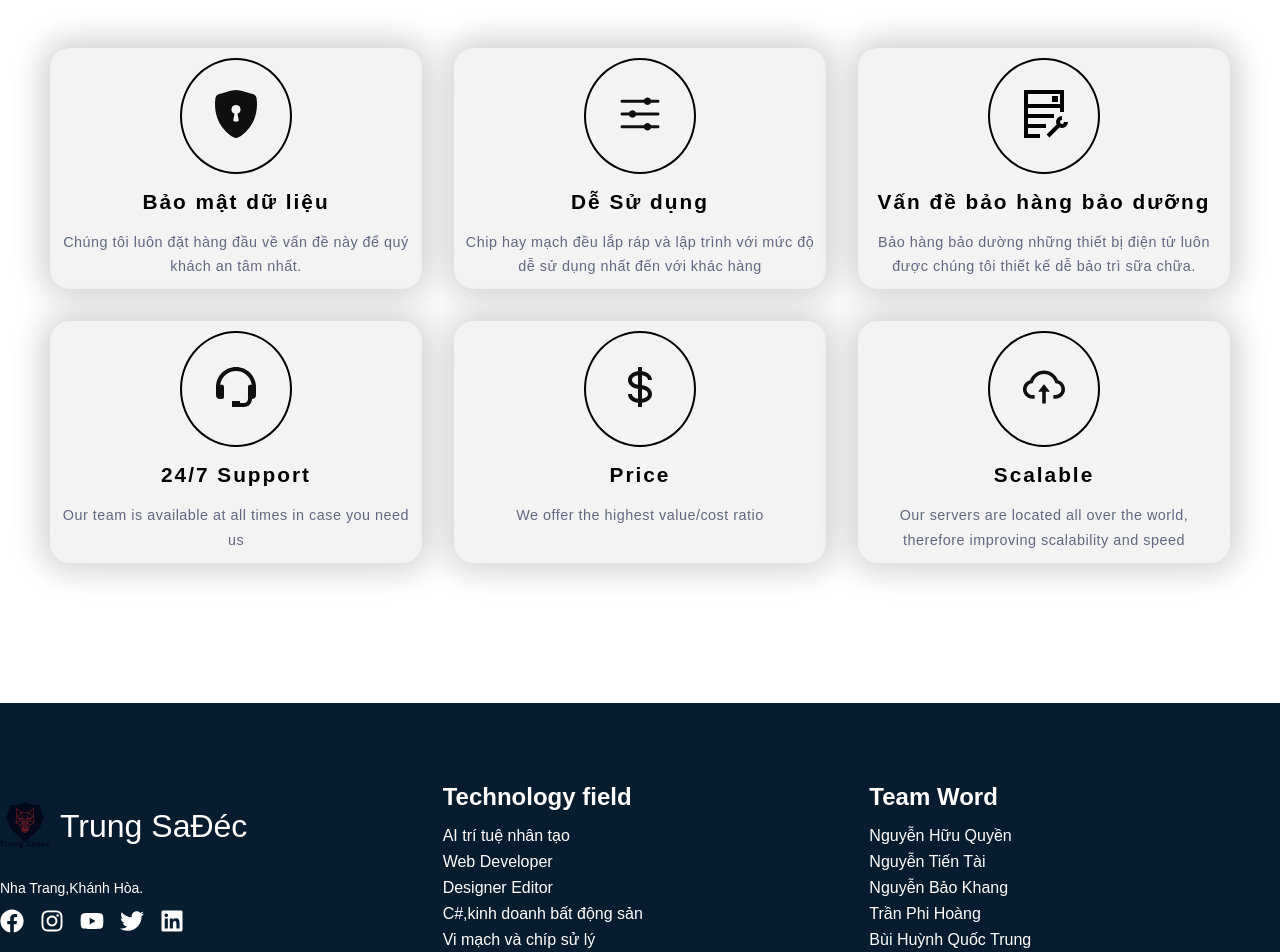
Repository: fdhhhdjd/Profile-Gift-B_H_Q_Trung
Page: /
These files come from the project's save history. The page is drawn as it stood at one moment and after the next save; the edit follows.
The browser window is 1280 px wide. The pictures show the part of the page from y = 949 to 1901 px (the page is 2018 px tall).
The project was rebuilt for these pictures with package versions that can differ from the ones it lists, and the page was loaded fresh each time. Also part of the build but not shown: src/App.css, src/Styles/PricingStyles.js, src/Data/PricingData.js, src/Pages/PricingPage.js. Imported but missing from the stored project, and not drawn on this page: src/Pages/SignUpPage.

Above is the page before, as saved 2021-10-29 09:08:48.

### src/App.js
import logo from "./logo.svg";
import "./App.css";
import { BrowserRouter as Router, Switch, Route } from "react-router-dom";
import {
  Home,
  Navbar,
  GlobalStyles,
  PricingPage,
  Footer,
} from "./Imports/Index";
function App() {
  return (
    <>
      <Router>
        <GlobalStyles />
        <Navbar />
        <Switch>
          <Route path="/" exact component={Home} />
          <Route path="/pricing" exact component={PricingPage} />
        </Switch>
        <Footer />
      </Router>
    </>
  );
}

export default App;

### src/Imports/Index.js
export { default as Home } from "../Pages/Home";
export { default as PricingPage } from "../Pages/PricingPage";
export { default as SignUpPage } from "../Pages/SignUpPage";
export { default as Navbar } from "../Components/Navbar";
export { default as GlobalStyles } from "../Styles/GlobalStyles";
export { default as Hero } from "../Components/Hero";
export { default as Footer } from "../Pages/Footer";

### src/Pages/Home.js
import React from "react";
import { Hero } from "../Imports/Index";
import FeaturesData from "../Components/FeaturesData";
const Home = () => {
  return (
    <>
      <Hero />
      <FeaturesData />
    </>
  );
};

export default Home;

### src/Components/Navbar.js
import React, { useState } from "react";
import { data } from "../Data/NavbarData";
import { FaRProject, FaTimes } from "react-icons/fa";
import { CgMenuRight } from "react-icons/cg";
import { IconContext } from "react-icons";
import { useLocation, useHistory } from "react-router-dom";
import {
  Nav,
  NavbarContainer,
  NavIcon,
  NavLogo,
  MobileIcon,
  NavMenu,
  NavItem,
  NavLinks,
} from "../Styles/NavbarStyles";
const Navbar = () => {
  const [show, setShow] = useState(false);
  let history = useHistory();
  let location = useLocation();
  const handleClick = () => {
    setShow(!show);
  };
  const scrollTo = (id) => {
    const element = document.getElementById(id);

    element.scrollIntoView({
      behavior: "smooth",
    });
  };
  const closeMobileMenu = (to, id) => {
    if (id && location.pathname === "/") {
      scrollTo(id);
    }

    history.push(to);
    setShow(false);
  };

  return (
    <>
      <IconContext.Provider value={{ color: "#fff" }}>
        <Nav>
          <NavbarContainer>
            <NavLogo to="/">
              <NavIcon src="./assets/logo2.png" alt="logo" />
              Trung&nbsp;SaĐéc
            </NavLogo>
            <MobileIcon onClick={handleClick}>
              {show ? <FaTimes /> : <CgMenuRight />}
            </MobileIcon>
            <NavMenu show={show}>
              {data.map((el, index) => (
                <NavItem key={index}>
                  <NavLinks onClick={() => closeMobileMenu(el.to, el.id)}>
                    {el.title}
                  </NavLinks>
                </NavItem>
              ))}
            </NavMenu>
          </NavbarContainer>
        </Nav>
      </IconContext.Provider>
    </>
  );
};

export default Navbar;

### src/Components/Hero.js
import React, { useEffect, useRef } from "react";
import { Button, Container, MainHeading } from "../Styles/GlobalStyles";
import {
  HeroVideo,
  HeroSection,
  HeroText,
  ButtonWrapper,
  HeroButton,
  CardB,
  ContactHero,
} from "../Styles/HeroStyles";
import { Typewriter } from "react-simple-typewriter";
import { Link } from "react-router-dom";
const Hero = () => {
  return (
    <>
      <HeroSection>
        <HeroVideo src="./assets/hero.mp4" autoPlay loop />
        <Container>
          <MainHeading>
            Hi,
            <CardB>
              <Typewriter
                loop
                cursor
                cursorStyle={"_"}
                pauseFor={1000}
                delaySpeed={3000}
                color="red"
                deleteSpeed={100}
                words={["I'm Bùi Huỳnh Quốc Trung "]}
              />
            </CardB>
          </MainHeading>
          <HeroText>
            Tôi,chuyên kiểm thử chip và làm vi mạch thiết bị điện tử tự động.
          </HeroText>
          <ButtonWrapper>
            <Link to="signup">
              <Button>Liên Hệ Ngay</Button>
            </Link>
            <a href="tel:0798805741">
              <HeroButton>Gọi Ngay</HeroButton>
            </a>
          </ButtonWrapper>
        </Container>
      </HeroSection>
    </>
  );
};

export default Hero;

### src/Pages/Footer.js
import React from "react";
import {
  FooterLinkItems,
  FooterLinkTitle,
  FooterLink,
  FooterLogo,
  SocialIcon,
  FooterRights,
  FooterSocialIcon,
  FooterWrapper,
  FooterAddress,
  FooterColumn,
  FooterGrid,
} from "../Styles/FooterStyles";
import { footerData, footerSocialData } from "../Data/FooterData";
import { Row, Section } from "../Styles/GlobalStyles";

function Footer() {
  return (
    <Section padding="4rem 0 2rem 0">
      <FooterWrapper>
        <FooterGrid justify="space-between">
          <FooterColumn id="footerLogo">
            <FooterLogo to="/">
              <SocialIcon src="./assets/logo1.png" />
              Trung SaĐéc
            </FooterLogo>
            <FooterAddress>Nha Trang,Khánh Hòa.</FooterAddress>

            <Row align="center" margin="auto  0 0 0" gap="1rem">
              {footerSocialData.map((social, index) => (
                <FooterSocialIcon
                  key={index}
                  href={social.href}
                  target="_blank"
                  aria-label={social.name}
                >
                  {social.icon}
                </FooterSocialIcon>
              ))}
            </Row>
          </FooterColumn>
          {footerData.map((footerItem, index) => (
            <FooterLinkItems key={index}>
              <FooterLinkTitle>{footerItem.title}</FooterLinkTitle>
              {footerItem.links.map((link, linkIndex) => (
                <FooterLink key={linkIndex} href={link.href} target="_blank">
                  {link.name}
                </FooterLink>
              ))}
            </FooterLinkItems>
          ))}
        </FooterGrid>
        <FooterRights>
          Build React Website by Tai Heo Dev Web © 2021
        </FooterRights>
      </FooterWrapper>
    </Section>
  );
}

export default Footer;

### src/Components/FeaturesData.js
import React from "react";
import { Section, Container } from "../Styles/GlobalStyles";
import {
  FeatureText,
  FeatureTitle,
  FeatureWrapper,
  FeatureColumn,
  FeatureImageWrapper,
  FeatureName,
  FeatureTextWrapper,
} from "../Styles/FeaturesStyles";
import { featuresData } from "../Data/FeaturesData";
const FeaturesData = () => {
  const initial = {
    y: 40,
    opacity: 0,
  };
  const animate = {
    y: 0,
    opacity: 1,
  };

  return (
    <>
      <Section smPadding="50px 10px" position="relative" inverse id="about">
        <Container>
          <FeatureTextWrapper>
            <FeatureTitle>What We Offer</FeatureTitle>
          </FeatureTextWrapper>
          <FeatureWrapper>
            {featuresData.map((el, index) => (
              <>
                <FeatureColumn
                  initial={initial}
                  animate={animate}
                  transition={{ duration: 0.5 + index * 0.1 }}
                  key={index}
                >
                  <FeatureImageWrapper className={el.imgClass}>
                    {el.icon}
                  </FeatureImageWrapper>
                  <FeatureName>{el.name}</FeatureName>
                  <FeatureText>{el.description}</FeatureText>
                </FeatureColumn>
              </>
            ))}
          </FeatureWrapper>
        </Container>
      </Section>
    </>
  );
};

export default FeaturesData;

### src/Data/NavbarData.js
export const data = [
  {
    to: "/",
    title: "About",
    id: "about",
  },
  {
    to: "/signup",
    title: "Contact",
  },
  {
    to: "/pricing",
    title: "Pricing",
  },
];

### src/Styles/NavbarStyles.js
import styled from "styled-components";
import { Container } from "../Styles/GlobalStyles";
import { Link } from "react-router-dom";
export const Nav = styled.nav`
  background: transparent;
  margin-bottom: -80px;
  height: 80px;
  display: flex;
  justify-content: center;
  align-items: center;
  font-size: 1.2rem;
  position: absolute;
  top: 0;
  z-index: 50;
  width: 100%;

  transition: background-color 0.3s ease-in;
`;

export const NavbarContainer = styled(Container)`
  display: flex;
  justify-content: start;
  height: 80px;

  ${Container}
`;

export const NavLogo = styled(Link)`
  color: #fff;
  justify-self: flex-start;
  cursor: pointer;
  text-decoration: none;
  font-size: 2rem;
  display: flex;
  align-items: center;
  z-index: 50;
`;

export const NavIcon = styled.img`
  margin-right: 0, 5rem;
  width: 5rem;
`;

export const MobileIcon = styled.div`
  display: none;
  z-index: 50;

  @media screen and (max-width: 960px) {
    display: block;
    position: absolute;
    top: 0;
    right: 0;
    transform: translate(-100%, 60%);
    font-size: 1.8rem;
    cursor: pointer;
  }
`;

export const NavMenu = styled.ul`
  display: flex;
  align-items: center;
  list-style: none;
  text-align: center;
  width: 100%;

  @media screen and (max-width: 960px) {
    flex-direction: column;
    width: 100%;
    height: 100vh;
    position: fixed;
    padding-top: 30%;
    top: 0;
    left: 0;
    opacity: ${({ show }) => (show ? 1 : 0)};
    visibility: ${({ show }) => (show ? "visible" : "hidden")};
    transform: translateY(${({ show }) => (show ? "0" : "-10px")});
    transition: opacity 0.5s ease;
    background-color: #071c2f;
  }

  > li:first-child {
    margin-left: auto;
  }
`;

export const NavItem = styled.li`
  height: 80px;
  cursor: pointer;

  @media screen and (max-width: 960px) {
    width: 100%;

    &:hover {
      border: none;
    }
  }
`;

export const NavLinks = styled.span`
  color: #fff;
  display: flex;
  align-items: center;
  text-decoration: none;
  padding: 0.5rem 1rem;
  height: 100%;

  &:hover {
    color: #c8c9d8;
    transition: all 0.3s ease;
  }

  @media screen and (max-width: 960px) {
    text-align: center;
    padding: 2rem;
    width: 100%;
    display: table;

    &:hover {
      color: #4b59f7;
      transition: all 0.3s ease;
    }
  }
`;

export const NavBtnLink = styled(Link)`
  display: flex;
  justify-content: center;
  align-items: center;
  text-decoration: none;
  padding: 8px 16px;
  height: 100%;
  width: 100%;
  border: none;
  outline: none;
`;

### src/Styles/HeroStyles.js
import styled from "styled-components";
import { Button } from "../Styles/GlobalStyles";

export const HeroSection = styled.section`
  height: 100vh;
  background-position: center;
  background-size: cover;
  padding-top: clamp(70px, 25vh, 220px);
  box-shadow: inset 0 0 0 1000px rgba (0, 0, 0, 0.2);
`;

export const HeroVideo = styled.video`
  object-fit: cover;
  width: 100%;
  height: 100%;
  background: linear-gradient(to right, rgba(0, 0, 0, 0.7), rgba(0, 0, 0, 0.1));
  top: 0;
  position: absolute;
  z-index: -1;
`;

export const HeroText = styled.p`
  margin-bottom: 35px;
  font-size: clamp(0.9rem, 1.5vw, 1.3rem);
  line-height: 24px;
  text-align: center;
  letter-spacing: 2px;
  color: #fff;
`;

export const ButtonWrapper = styled.div`
  width: 100%;
  display: flex;
  justify-content: center;
  flex-flow: wrap;
  gap: 0.5rem;
`;

export const HeroButton = styled(Button)`
  color: black;

  &:before {
    background: #fff;
    height: 500%;
  }

  &:hover:before {
    height: 0%;
  }

  &:hover {
    color: white;
  }
`;
export const CardB = styled.b`
  color: blue;
`;
export const ContactHero = styled.b`
  width: 15px;
  height: 15px;
`;

### src/Styles/FooterStyles.js
import styled from "styled-components";
import { Link } from "react-router-dom";
import { Column, Row } from "../Styles/GlobalStyles";

export const FooterContainer = styled.div`
  background-color: #101522;
  padding: 4rem 0 2rem 0;
`;

export const FooterWrapper = styled.div`
  max-width: 1280px;
  margin-left: auto;
  margin-right: auto;
`;

export const FooterSubscription = styled.section`
  display: flex;
  flex-direction: column;
  justify-content: center;
  align-items: center;
  text-align: center;
  margin-bottom: 24px;
  padding: 24px;
  color: #fff;
`;

export const FooterSubHeading = styled.p`
  font-family: "Trebuchet MS", "Lucida Sans Unicode", "Lucida Grande",
    "Lucida Sans", Arial, sans-serif;
  margin-bottom: 24px;
  font-size: 24px;
`;

export const FooterRow = styled(Row)`
  flex-wrap: wrap;
  @media screen and (max-width: 820px) {
    > div {
      width: 20%;
    }

    > div:first-child {
      width: 100%;
    }
  }

  @media screen and (max-width: 420px) {
    flex-direction: column;
    align-items: center;

    * {
      width: 100%;
      text-align: center;
    }
  }
`;

export const FooterGrid = styled.div`
  display: grid;
  grid-template-columns: repeat(auto-fit, minmax(200px, 1fr));
  justify-content: center;
  align-items: center;
`;

export const FooterColumn = styled(Column)`
  @media screen and (max-width: 999px) {
    align-items: center;
    grid-column: 1/-1;
  }
`;

export const FooterSubText = styled.p`
  margin-bottom: 24px;
  font-size: 20px;
`;

export const FooterLinksContainer = styled.div`
  width: 100%;
  max-width: 1000px;
  display: flex;
  justify-content: center;

  @media screen and (max-width: 820px) {
    padding-top: 32px;
  }
`;

export const FooterLinkItems = styled.div`
  display: flex;
  flex-direction: column;
  margin: 16px;
  text-align: left;
  box-sizing: border-box;
  color: #fff;

  @media screen and (max-width: 1000px) {
    align-items: center;
  }
`;

export const FooterLinkTitle = styled.h2`
  margin-bottom: 16px;
`;

export const FooterLink = styled.a`
  color: #fff;
  text-decoration: none;
  margin-bottom: 0.5rem;

  &:hover {
    color: #0467fb;
    transition: 0.3s ease-out;
  }
`;

export const FooterLogo = styled(Link)`
  color: #fff;
  justify-self: start;
  cursor: pointer;
  text-decoration: none;
  font-size: 2rem;
  display: flex;
  align-items: center;
  margin-bottom: 16px;
`;

export const SocialIcon = styled.img`
  margin-right: 10px;
  width: 50px;
`;

export const FooterRights = styled.div`
  color: #fff;
  margin-bottom: 16px;
  width: 100%;
  font-size: 0.8rem;
  text-align: center;
  border-top: 1px solid #2d3748;
  padding: 1rem 0;
  margin: 1rem 0 0;
`;

export const FooterSocialIcon = styled.a`
  color: #fff;
  font-size: 24px;
`;

export const FooterAddress = styled.div`
  color: white;
  margin: 0.4rem auto 0.4rem;
  max-width: 20rem;
  font-weight: 500;
  font-size: 0.875rem;
  line-height: 2;
  text-align: center;

  @media screen and (min-width: 1000px) {
    margin-left: 0px;
    text-align: left;
    margin-right: 1rem;
  }
`;

### src/Data/FooterData.js
import React from "react";
import {
  FaFacebook,
  FaInstagram,
  FaYoutube,
  FaTwitter,
  FaLinkedin,
} from "react-icons/fa";

const iconStyle = (Icon) => <Icon />;

export const footerSocialData = [
  {
    name: "Facebook",
    href: "https://www.facebook.com/profile.php?id=100009136510942",
    icon: iconStyle(FaFacebook),
  },
  {
    name: "Instagram",
    href: "https://www.instagram.com/quoc_trung14/",
    icon: iconStyle(FaInstagram),
  },
  {
    name: "Email",
    href: "mailto:buihuynhquoctrung@gmail.com",
    icon: iconStyle(FaYoutube),
  },
  {
    name: "Zalo",
    href: "tel:0348561815",
    icon: iconStyle(FaTwitter),
  },
  {
    name: "Phone",
    href: "tel:0348561815",
    icon: iconStyle(FaLinkedin),
  },
];

export const footerData = [
  {
    title: "Technology field",
    links: [
      {
        name: "AI trí tuệ nhân tạo",
        href: "https://www.facebook.com/jonhny.nguyen.184",
      },
      {
        name: "Web Developer",
        href: "https://profile-forme.surge.sh/",
      },
      {
        name: "Designer Editor",
        href: "https://khang-designer.surge.sh//",
      },
      {
        name: "C#,kinh doanh bất động sản",
        href: "http://hoangpc.surge.sh/",
      },
      {
        name: "Vi mạch và chíp sử lý",
        href: "https://www.facebook.com/profile.php?id=100009136510942",
      },
    ],
  },
  {
    title: "Team Word",
    links: [
      {
        name: "Nguyễn Hữu Quyền",
        href: "https://www.facebook.com/jonhny.nguyen.184",
        title: "AI trí tuệ nhân tạo",
      },
      {
        name: "Nguyễn Tiến Tài",
        href: "https://www.facebook.com/profile.php?id=100006139249437",
      },
      {
        name: "Nguyễn Bảo Khang",
        href: "https://www.facebook.com/khanhgiangg102",
      },
      {
        name: "Trần Phi Hoàng",
        href: "https://www.facebook.com/hoang.p.tran.12",
      },
      {
        name: "Bùi Huỳnh Quốc Trung",
        href: "https://www.facebook.com/profile.php?id=100009136510942",
      },
    ],
  },
];

### src/Styles/FeaturesStyles.js
import styled from "styled-components";

export const FeatureTitle = styled.h2`
  text-align: center;
  font-size: clamp(1.3rem, 13vw, 3.1rem);
  line-height: 1.06;
  letter-spacing: 0.4rem;
  margin: auto;
`;

export const FeatureTextWrapper = styled.div`
  position: relative;
  padding: 0 0 20px;
  margin-bottom: 4rem;
`;

export const FeatureWrapper = styled.div`
  display: grid;
  grid-template-columns: repeat(3, 1fr);
  margin-top: 4rem;
  grid-gap: 2rem;

  @media screen and (max-width: 1100px) {
    grid-template-columns: repeat(2, 1fr);
    grid-row-gap: 3rem;
  }

  @media screen and (max-width: 568px) {
    grid-template-columns: repeat(1, 1fr);
  }
`;

export const FeatureColumn = styled.div`
  display: flex;
  flex-flow: column;
  justify-content: center;
  align-items: center;
  background: #f3f3f3;
  padding: 10px;
  box-shadow: 0 0 32px 8px #d0d0d0;
  border-radius: 20px;
`;

export const FeatureImageWrapper = styled.div`
  margin-bottom: 1rem;
  border-radius: 50%;
  border: 2px solid #000;

  padding: 30px;
`;
export const FeatureName = styled.h3`
  font-weight: 600;
  font-size: 1.3rem;
  letter-spacing: 2px;

  @media screen and (max-width: 768px) {
    font-weight: 400;
    font-size: 1rem;
    letter-spacing: 1.3px;
  }
`;
export const FeatureText = styled.p`
  margin: 1rem 0 auto;
  text-align: center;
  font-size: 0.9rem;
  line-height: 1.73;
  letter-spacing: 0.5px;
  color: #626881;

  @media screen and (max-width: 768px) {
    display: none;
  }
`;

### src/Data/FeaturesData.js
import React from "react";

import { BsFillShieldLockFill } from "react-icons/bs";
import { IoIosOptions } from "react-icons/io";
import { AiOutlineCloudUpload } from "react-icons/ai";
import { BiSupport, BiDollar } from "react-icons/bi";
import { GrHostMaintenance } from "react-icons/gr";
const iconStyle = (Icon) => <Icon size="3rem" color="#0f0f0f" />;

export const featuresData = [
  {
    name: "Bảo mật dữ liệu",
    description:
      "Chúng tôi luôn đặt hàng đầu về vấn đề này để quý khách an tâm nhất.",
    icon: iconStyle(BsFillShieldLockFill),
    imgClass: "one",
  },
  {
    name: "Dễ Sử dụng",
    description:
      "Chip hay mạch đều lắp ráp và lập trình với mức độ dễ sử dụng nhất đến với khác hàng ",
    icon: iconStyle(IoIosOptions),
    imgClass: "two",
  },
  {
    name: "Vấn đề bảo hàng bảo dưỡng",
    description:
      "Bảo hàng bảo dường những thiết bị điện tử luôn được chúng tôi thiết kế dễ bảo trì sữa chữa.",
    icon: iconStyle(GrHostMaintenance),
    imgClass: "three",
  },
  {
    name: "24/7 Support",
    description: "Our team is available at all times in case you need us",
    icon: iconStyle(BiSupport),
    imgClass: "four",
  },
  {
    name: "Price",
    description: "We offer the highest value/cost ratio",
    icon: iconStyle(BiDollar),
    imgClass: "five",
  },
  {
    name: "Scalable",
    description:
      "Our servers are located all over the world, therefore improving scalability and speed ",
    icon: iconStyle(AiOutlineCloudUpload),
    imgClass: "six",
  },
];

Loaded but not shown: public/index.html (common file); src/index.js (common file); src/index.css (common file); src/reportWebVitals.js (common file); src/Styles/GlobalStyles.js (140 lines, source omitted)

After the next save:
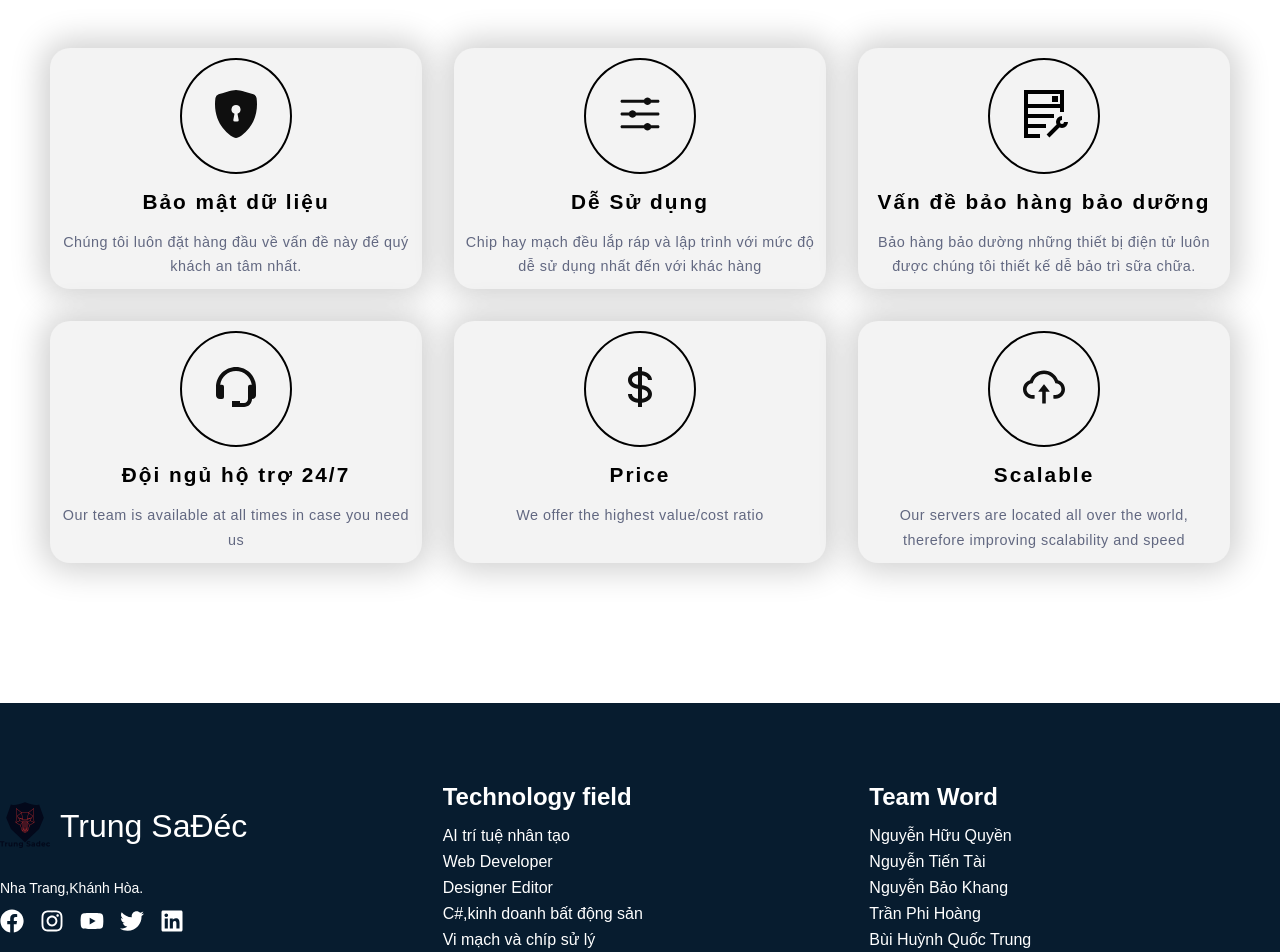
Saved 21 s later.
--- a/src/Data/FeaturesData.js
+++ b/src/Data/FeaturesData.js
@@ -30,7 +30,7 @@ export const featuresData = [
     imgClass: "three",
   },
   {
-    name: "24/7 Support",
+    name: " Đội ngủ hộ trợ 24/7 ",
     description: "Our team is available at all times in case you need us",
     icon: iconStyle(BiSupport),
     imgClass: "four",
